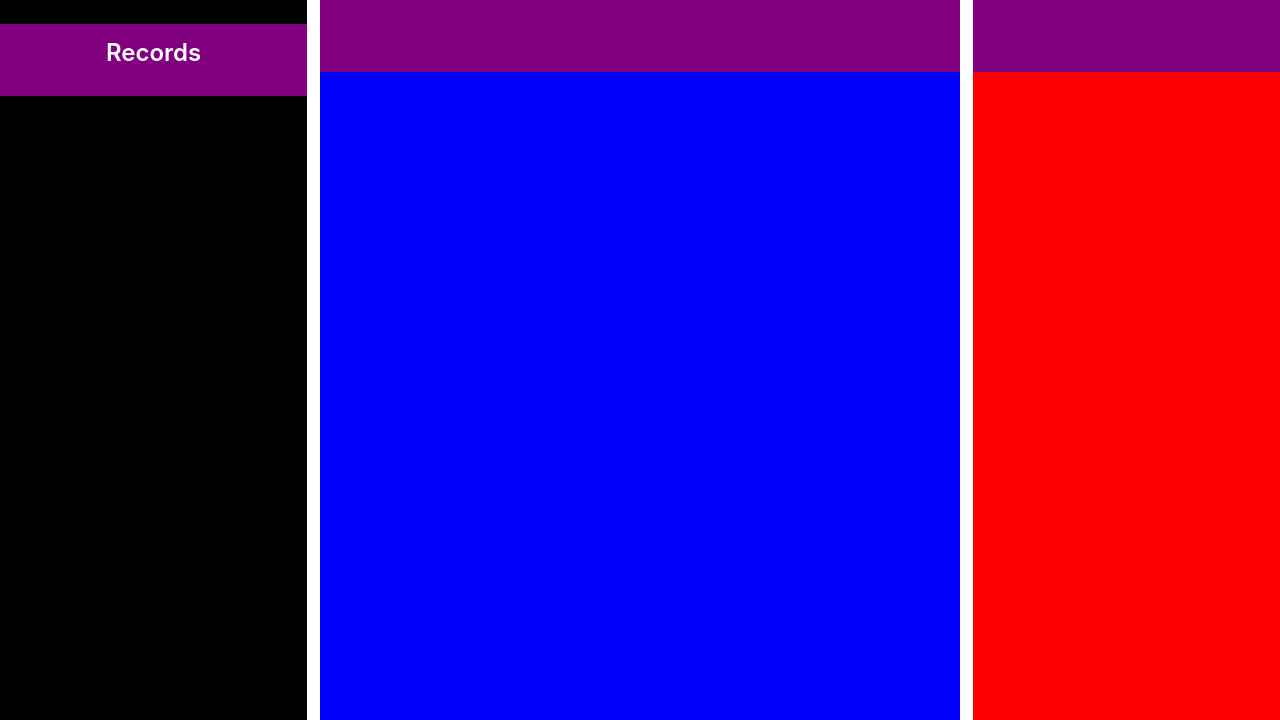
Repository: napan24/classforma_assignment
Page: / (app in client/)
The author's editor kept a copy of each file at every save. The page is drawn from the files as they stood at one save, then again after the next save.
The browser window is 1280 px wide. The pictures show the whole page.
The project was rebuilt for these pictures with package versions that can differ from the ones it lists, and the page was loaded fresh each time. Also part of the build but not shown: client/src/App.css.

Above is the page before, as saved 2022-07-19 16:31:19.

### client/src/App.js
import logo from './logo.svg';
import './App.css';
import Home from './Home';

function App() {
  return (
    <>
      <Home></Home>
    </>
  );
}

export default App;

### client/src/Home.js
import React from 'react'

const Home = () => {
    return (
        <>
            <div style={{ display: 'flex', width: "100vw", height: "100vh"}}>
                <div style={{ width: "24vw", height: "100vh", backgroundColor: "black",marginRight:"1vw" }}>
                    <div style={{ width: "24vw", height: "10vh", backgroundColor: "purple",textAlign:'center',fontSize:'150%',color:"white",fontWeight:"600" }}>
                        <p style={{paddingTop:"2vh"}}>
                        Records
                        </p>
                    </div>
                    <div>

                    </div>
                </div>
                <div style={{ width: "50vw", height: "100vh", backgroundColor: "blue",marginRight:"1vw" }}>
                    <div style={{ width: "50vw", height: "10vh", backgroundColor: "purple"}}>

                    </div>
                    <div>

                    </div>
                </div>
                <div style={{ width: "24vw", height: "100vh", backgroundColor: "red" }}>
                    <div style={{ width: "24vw", height: "10vh", backgroundColor: "purple" }}>

                    </div>
                    <div>

                    </div>
                </div>
            </div>
        </>
    )
}

export default Home

Loaded but not shown: client/public/index.html (common file); client/src/index.js (common file); client/src/index.css (common file); client/src/reportWebVitals.js (common file)

After the next save:
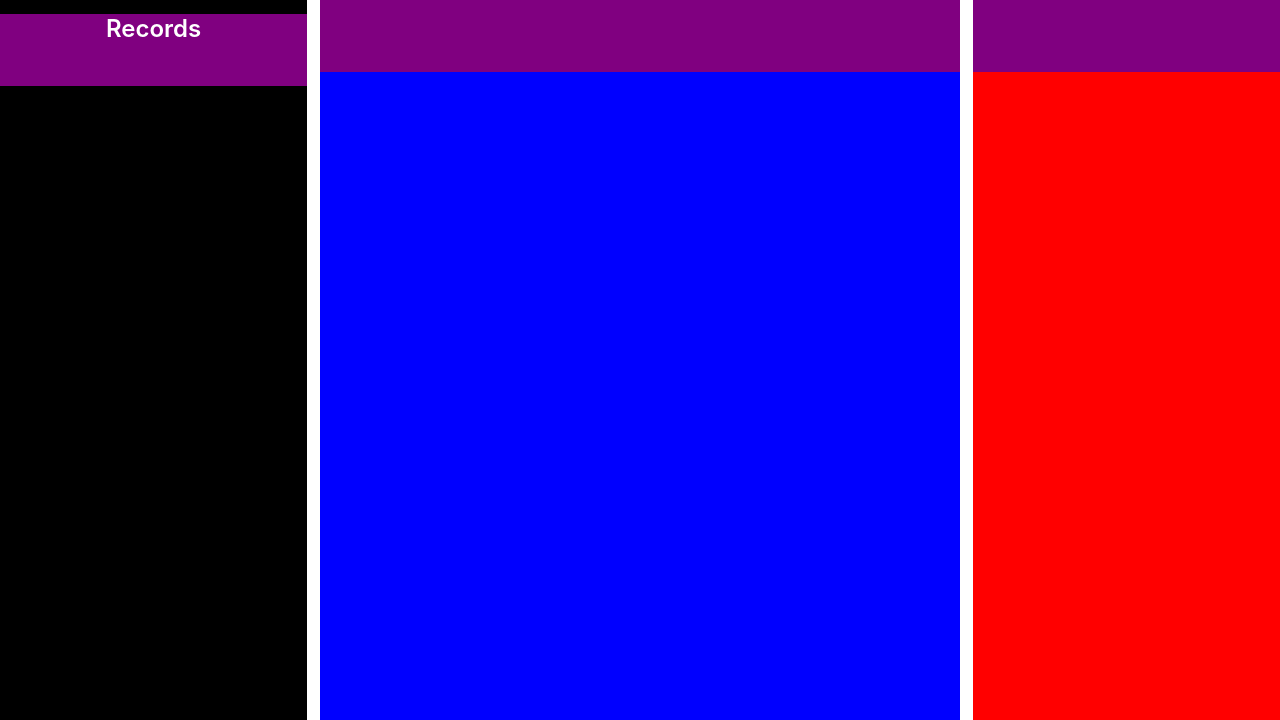
Saved 6 s later.
--- a/client/src/Home.js
+++ b/client/src/Home.js
@@ -6,7 +6,7 @@
             <div style={{ display: 'flex', width: "100vw", height: "100vh"}}>
                 <div style={{ width: "24vw", height: "100vh", backgroundColor: "black",marginRight:"1vw" }}>
                     <div style={{ width: "24vw", height: "10vh", backgroundColor: "purple",textAlign:'center',fontSize:'150%',color:"white",fontWeight:"600" }}>
-                        <p style={{paddingTop:"2vh"}}>
+                        <p style={{marginTop:"2vh"}}>
                         Records
                         </p>
                     </div>

After the save that followed:
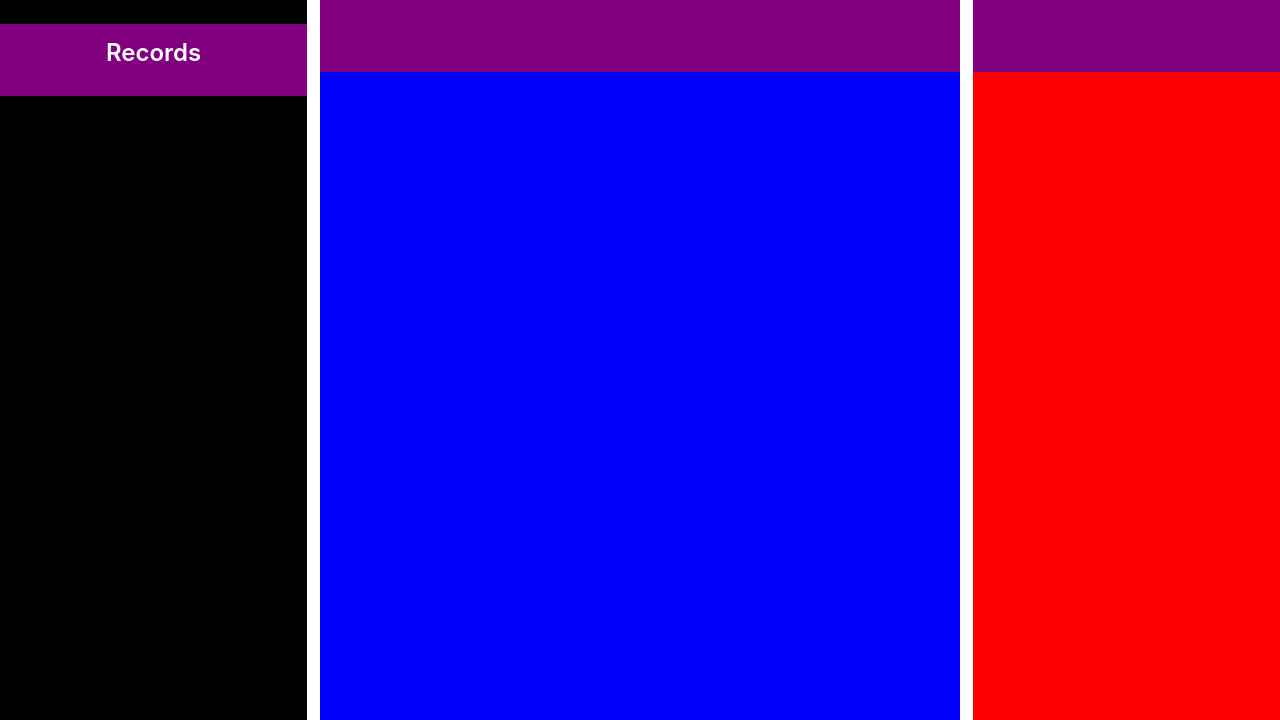
Saved 8 s later.
--- a/client/src/Home.js
+++ b/client/src/Home.js
@@ -6,7 +6,7 @@
             <div style={{ display: 'flex', width: "100vw", height: "100vh"}}>
                 <div style={{ width: "24vw", height: "100vh", backgroundColor: "black",marginRight:"1vw" }}>
                     <div style={{ width: "24vw", height: "10vh", backgroundColor: "purple",textAlign:'center',fontSize:'150%',color:"white",fontWeight:"600" }}>
-                        <p style={{marginTop:"2vh"}}>
+                        <p style={{paddingTop:"2vh"}}>
                         Records
                         </p>
                     </div>
